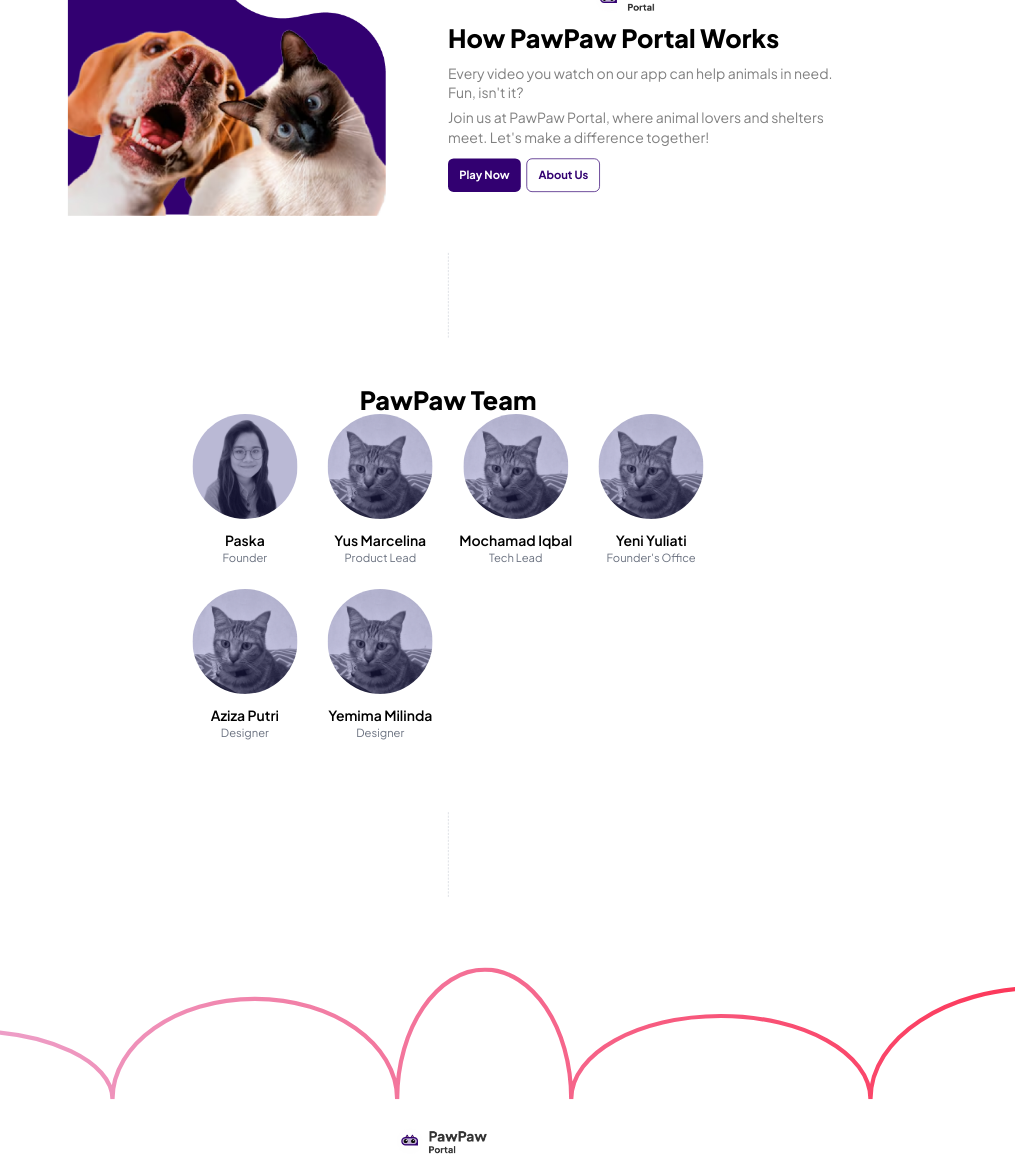
Repository: paskasiregar/pawpawwebsite
Page: /
An editor plug-in stored every save of this project. The page is shown before and after the next save, followed by the edit.
The browser window is 1280 px wide. The page is 1450 px wide, so the pictures cover 1450 px, including what lies to the right of the window. The pictures show the part of the page from y = 1215 to 2895 px (the page is 3992 px tall), at 70% of full size.
The project was rebuilt for these pictures with package versions that can differ from the ones it lists, and the page was loaded fresh each time. The framework's server and built-in components were replaced by stand-ins that run in the browser. Also part of the build but not shown: next.config.js, next.config.mjs.

Above is the page before, as saved 2024-09-06 11:35:41.

After the next save:
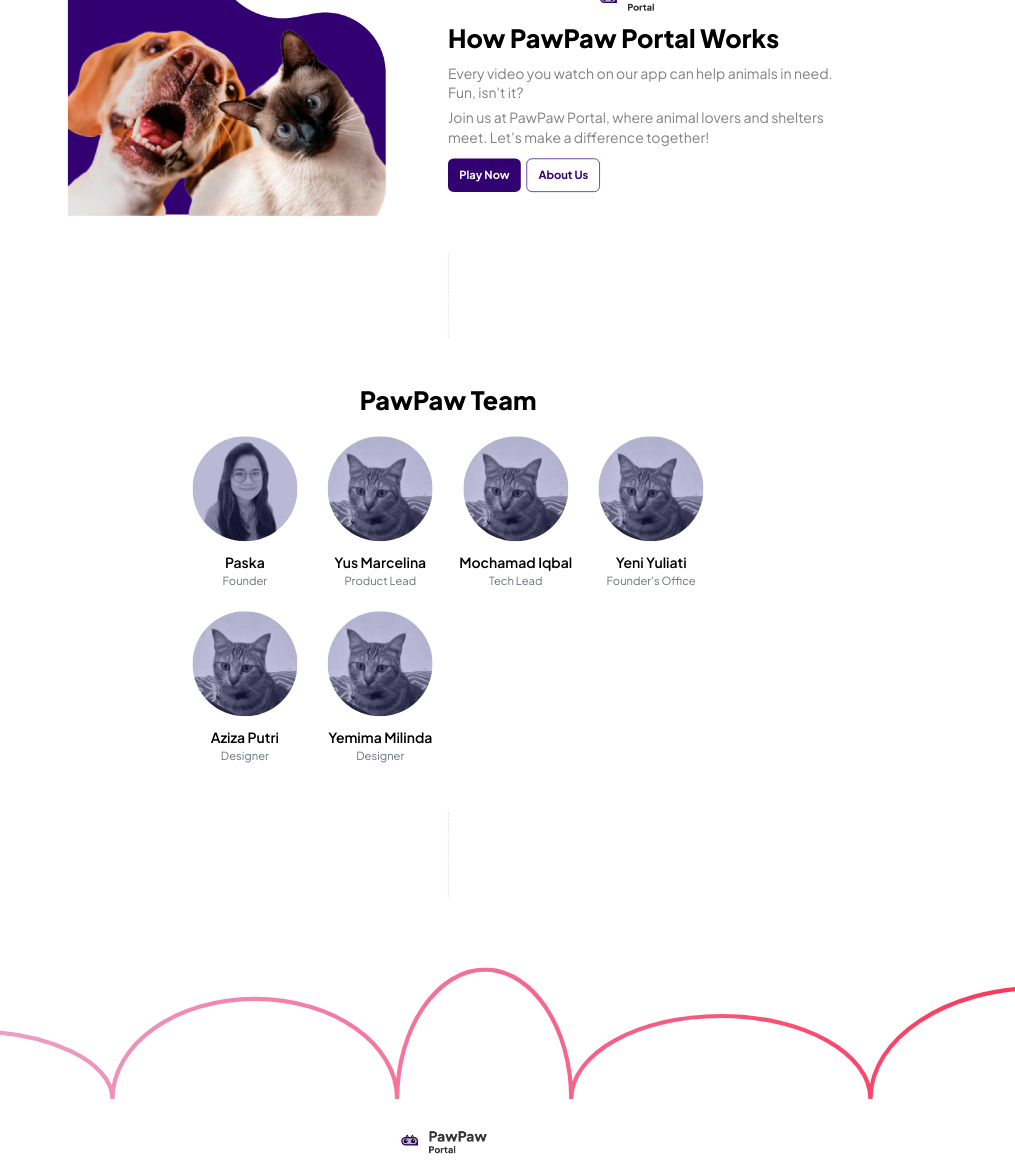
Saved 9 s later.
--- a/src/app/page.js
+++ b/src/app/page.js
@@ -132,14 +132,14 @@ export default async function Home() {
 
           {/* Team */}
           <Divider />
-          <div className="self-stretch bg-white flex flex-col md:flex-row mb-8">
+          <div className="self-stretch bg-white flex flex-col md:flex-row">
             <div
               id="team"
-              className="flex-1 flex flex-col items-center md:items-center justify-center gap-4 z-[1] p-4 md:p-8 "
+              className="flex-1 flex flex-col items-center md:items-center justify-center gap-4 z-[1] p-4 md:p-8"
             >
               <div className="space-y-4">
-                <div className="flex flex-col items-center md:items-center ">
-                  <div className="relative font-extrabold text-2xl md:text-4xl text-center">
+                <div className="flex flex-col items-center md:items-center">
+                  <div className="relative font-extrabold text-2xl md:text-4xl text-center mb-8">
                     PawPaw Team
                   </div>
                   <div className="grid grid-cols-1 md:grid-cols-2 lg:grid-cols-4 gap-6 md:gap-8">
